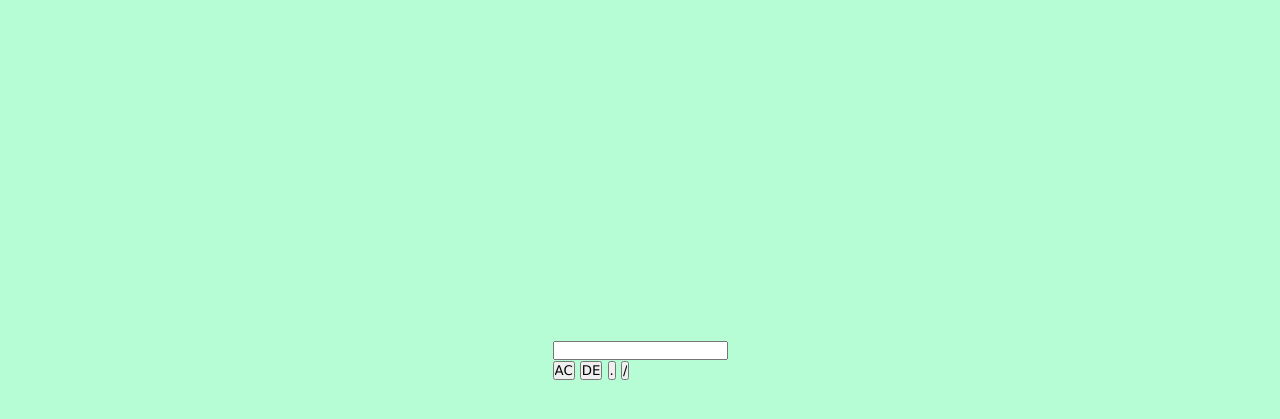
Repository: sirsky89/Simple-Calculator
Page: index.html
These files come from the project's save history. The page is drawn as it stood at one moment and after the next save; the edit follows.
The browser window is 1280 px wide. The pictures show the whole page.

Above is the page before, as saved 2023-01-14 09:35:44.

After the next save:
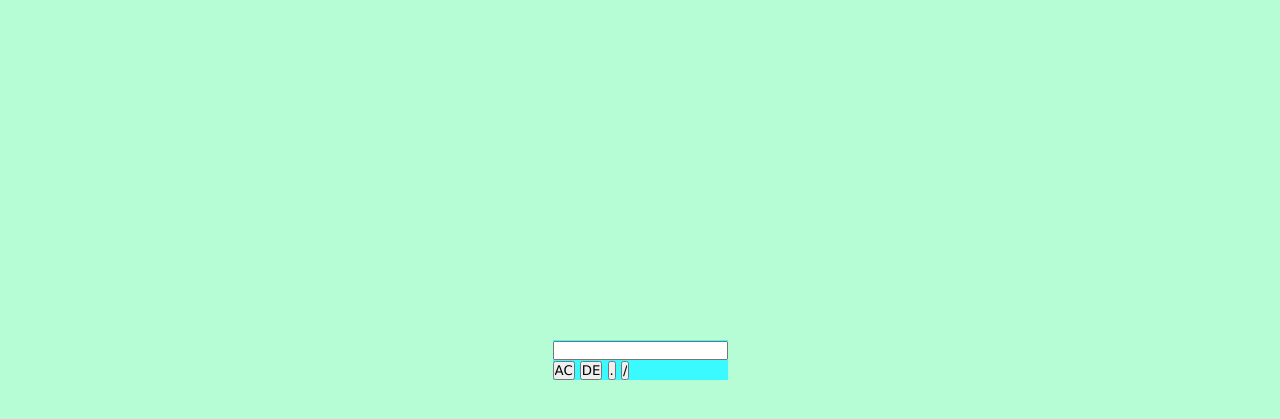
Saved 40 s later.
--- a/style.css
+++ b/style.css
@@ -13,3 +13,7 @@
   align-items: center;
   justify-content: center;
 }
+
+.calculator {
+  background: #3af9ff;
+}
